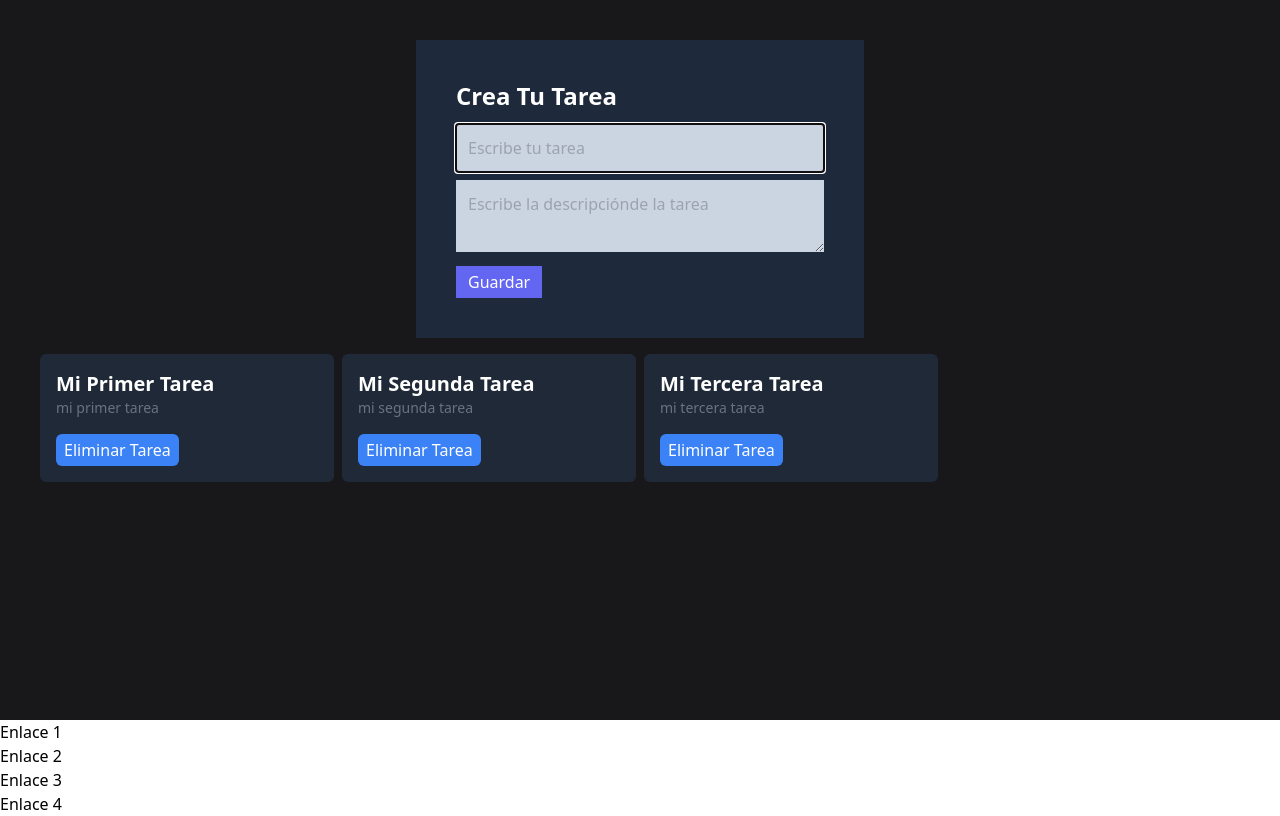
Repository: Ciromontes/AgendaTuTarea
Page: /
An editor plug-in stored every save of this project. The page is shown before and after the next save, followed by the edit.
The browser window is 1280 px wide. The pictures show the whole page.
The project was rebuilt for these pictures with package versions that can differ from the ones it lists, and the page was loaded fresh each time. Also part of the build but not shown: vite.config.js.

Above is the page before, as saved 2023-09-19 08:34:56.

After the next save:
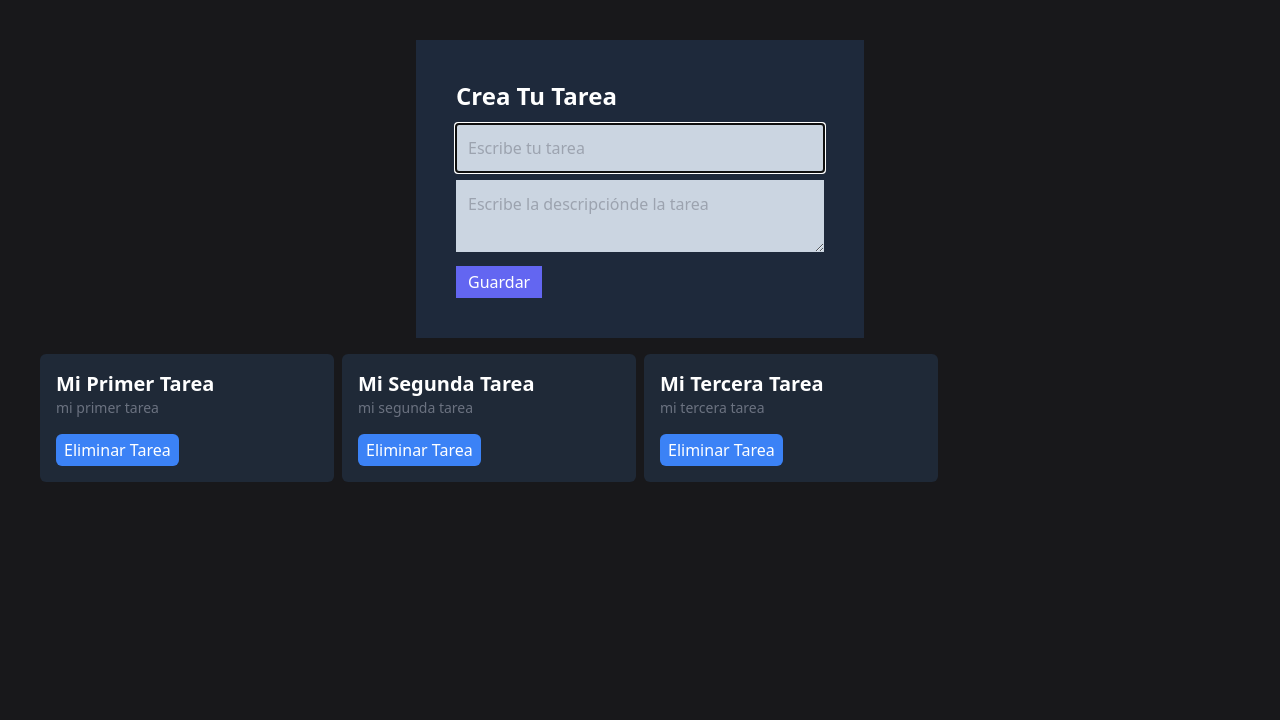
Saved 6 min 21 s later.
--- a/index.html
+++ b/index.html
@@ -9,12 +9,6 @@
   <body>
     <div id="root"></div>
 
-    <ul>
-      <li><a href="">Enlace 1</a></li>
-      <li><a href="">Enlace 2</a></li>
-      <li><a href="">Enlace 3</a></li>
-      <li><a href="">Enlace 4</a></li>
-    </ul>
     <script type="module" src="/src/main.jsx"></script>
   </body>
 </html>
